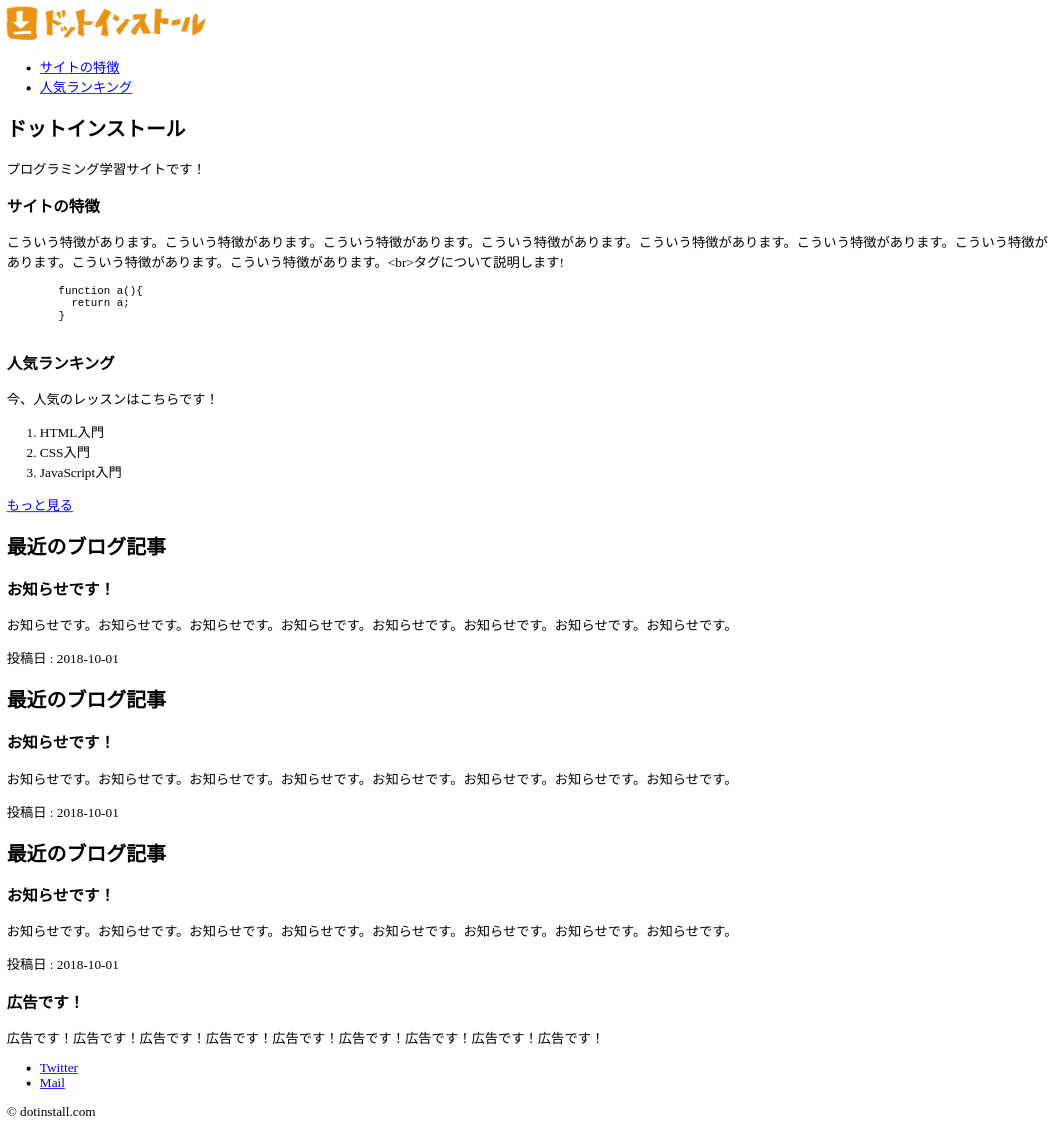
Repository: kojimayu/dotinstall-html
Page: index.html
An editor plug-in stored every save of this project. The page is shown before and after the next save, followed by the edit.
The browser window is 1280 px wide. The pictures show the whole page, at 83% of full size.

Above is the page before, as saved 2019-04-05 12:57:57.

### index.html
<!DOCTYPE html>
<html lang="ja">

<head>
  <meta charset="UTF-8">
  <title>ドットインストール</title>
  <meta name="description" content="プログラミング学習サイトのドットインストールです。">
  <link rel="icon" href="img/favicon.ico">
</head>

<body>
  <header>
    <img src="img/logo.png" alt="ドットインストールのロゴです" width="240" height="40">
    <nav>
      <ul>
        <li><a href="#about">サイトの特徴</a></li>
        <li><a href="#ranking">人気ランキング</a></li>
      </ul>
    </nav>
  </header>

  <section>
    <h1>ドットインストール</h1>
    <p>プログラミング学習サイトです！</p>
    <section>
      <h1 id="about">サイトの特徴</h1>
      <p>
        こういう特徴があります。こういう特徴があります。こういう特徴があります。こういう特徴があります。こういう特徴があります。こういう特徴があります。こういう特徴があります。こういう特徴があります。こういう特徴があります。&lt;br&gt;タグについて説明します!
      </p>
      <pre>
        function a(){
          return a;
        }
      </pre>
    </section>
    <section>
      <h1 id="ranking">人気ランキング</h1>
      <p>今、人気のレッスンはこちらです！</p>
      <ol>
        <li>HTML入門</li>
        <li>CSS入門</li>
        <li>JavaScript入門</li>
      </ol>
      <p><a href="more_lessons.html">もっと見る</a></p>
    </section>
  </section>

  <section>
    <h1>最近のブログ記事</h1>
    <article>
      <h1>お知らせです！</h1>
      <p>お知らせです。お知らせです。お知らせです。お知らせです。お知らせです。お知らせです。お知らせです。お知らせです。</p>
      <footer>
        <p>
          投稿日 :
          <time>2018-10-01</time>
        </p>
      </footer>
    </article>
  </section>
  <section>
    <h1>最近のブログ記事</h1>
    <article>
      <h1>お知らせです！</h1>
      <p>お知らせです。お知らせです。お知らせです。お知らせです。お知らせです。お知らせです。お知らせです。お知らせです。</p>
      <footer>
        <p>
          投稿日 :
          <time>2018-10-01</time>
        </p>
      </footer>
    </article>
  </section>
  <section>
    <h1>最近のブログ記事</h1>
    <article>
      <h1>お知らせです！</h1>
      <p>お知らせです。お知らせです。お知らせです。お知らせです。お知らせです。お知らせです。お知らせです。お知らせです。</p>
      <footer>
        <p>
          投稿日 :
          <time>2018-10-01</time>
        </p>
      </footer>
    </article>

    <aside>
      <h1>広告です！</h1>
      <p>広告です！広告です！広告です！広告です！広告です！広告です！広告です！広告です！広告です！</p>
    </aside>
  </section>

  <footer>
    <ul>
      <li><a href="https://twitter.com/dotinstall" target="_blank">Twitter</a></li>
      <li><a href="mailto:taguchi@gmail.com" target="_blank">Mail</a></li>
    </ul>
    <p>&copy; dotinstall.com</p>
  </footer>
</body>

</html>

After the next save:
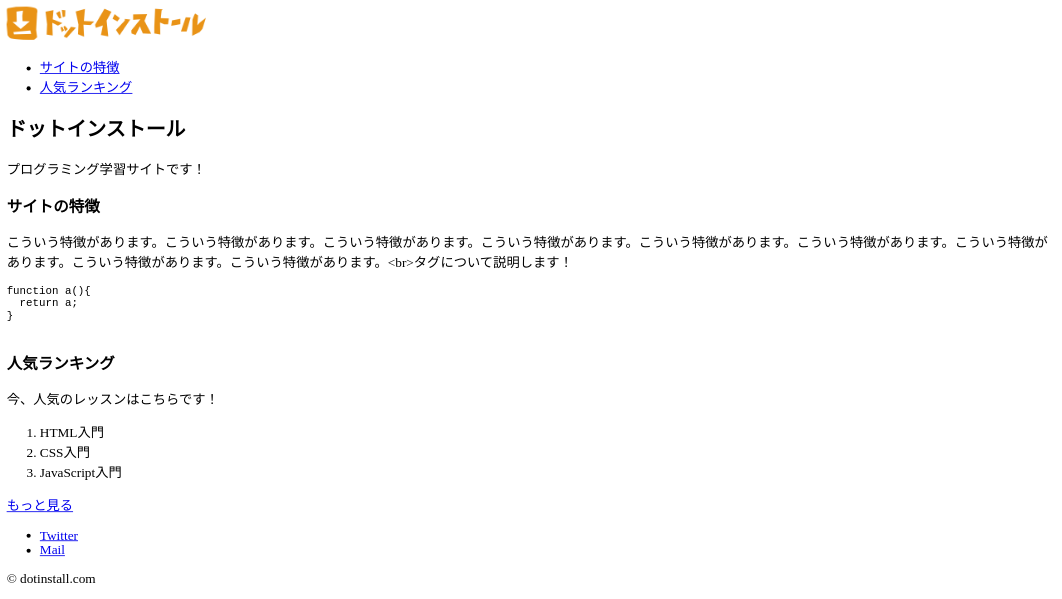
Saved 2 min 32 s later.
--- a/index.html
+++ b/index.html
@@ -24,13 +24,11 @@
     <p>プログラミング学習サイトです！</p>
     <section>
       <h1 id="about">サイトの特徴</h1>
-      <p>
-        こういう特徴があります。こういう特徴があります。こういう特徴があります。こういう特徴があります。こういう特徴があります。こういう特徴があります。こういう特徴があります。こういう特徴があります。こういう特徴があります。&lt;br&gt;タグについて説明します!
-      </p>
+      <p>こういう特徴があります。こういう特徴があります。こういう特徴があります。こういう特徴があります。こういう特徴があります。こういう特徴があります。こういう特徴があります。こういう特徴があります。こういう特徴があります。&lt;br&gt;タグについて説明します！</p>
       <pre>
-        function a(){
-          return a;
-        }
+function a(){
+  return a;
+}
       </pre>
     </section>
     <section>
@@ -45,50 +43,7 @@
     </section>
   </section>
 
-  <section>
-    <h1>最近のブログ記事</h1>
-    <article>
-      <h1>お知らせです！</h1>
-      <p>お知らせです。お知らせです。お知らせです。お知らせです。お知らせです。お知らせです。お知らせです。お知らせです。</p>
-      <footer>
-        <p>
-          投稿日 :
-          <time>2018-10-01</time>
-        </p>
-      </footer>
-    </article>
-  </section>
-  <section>
-    <h1>最近のブログ記事</h1>
-    <article>
-      <h1>お知らせです！</h1>
-      <p>お知らせです。お知らせです。お知らせです。お知らせです。お知らせです。お知らせです。お知らせです。お知らせです。</p>
-      <footer>
-        <p>
-          投稿日 :
-          <time>2018-10-01</time>
-        </p>
-      </footer>
-    </article>
-  </section>
-  <section>
-    <h1>最近のブログ記事</h1>
-    <article>
-      <h1>お知らせです！</h1>
-      <p>お知らせです。お知らせです。お知らせです。お知らせです。お知らせです。お知らせです。お知らせです。お知らせです。</p>
-      <footer>
-        <p>
-          投稿日 :
-          <time>2018-10-01</time>
-        </p>
-      </footer>
-    </article>
 
-    <aside>
-      <h1>広告です！</h1>
-      <p>広告です！広告です！広告です！広告です！広告です！広告です！広告です！広告です！広告です！</p>
-    </aside>
-  </section>
 
   <footer>
     <ul>
